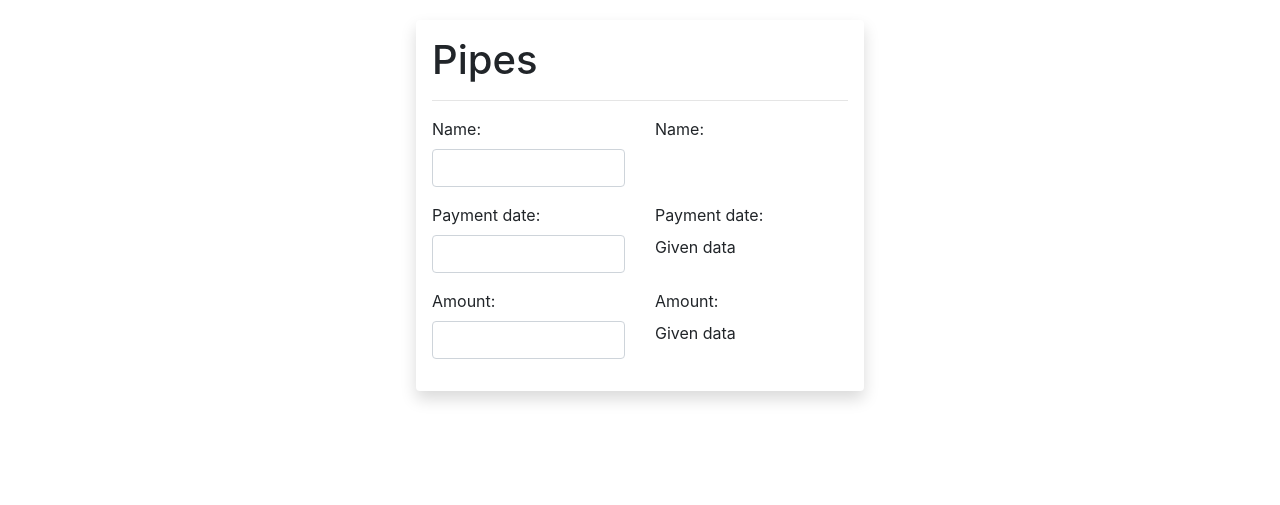
Repository: Evincars/udemy-angular
Page: / (app in pipes/)
The author's editor kept a copy of each file at every save. The page is drawn from the files as they stood at one save, then again after the next save.
The browser window is 1280 px wide. The pictures show the whole page.
The project was rebuilt for these pictures with package versions that can differ from the ones it lists, and the page was loaded fresh each time. Also part of the build but not shown: pipes/angular.json.

Above is the page before, as saved 2020-04-05 10:22:55.

After the next save:
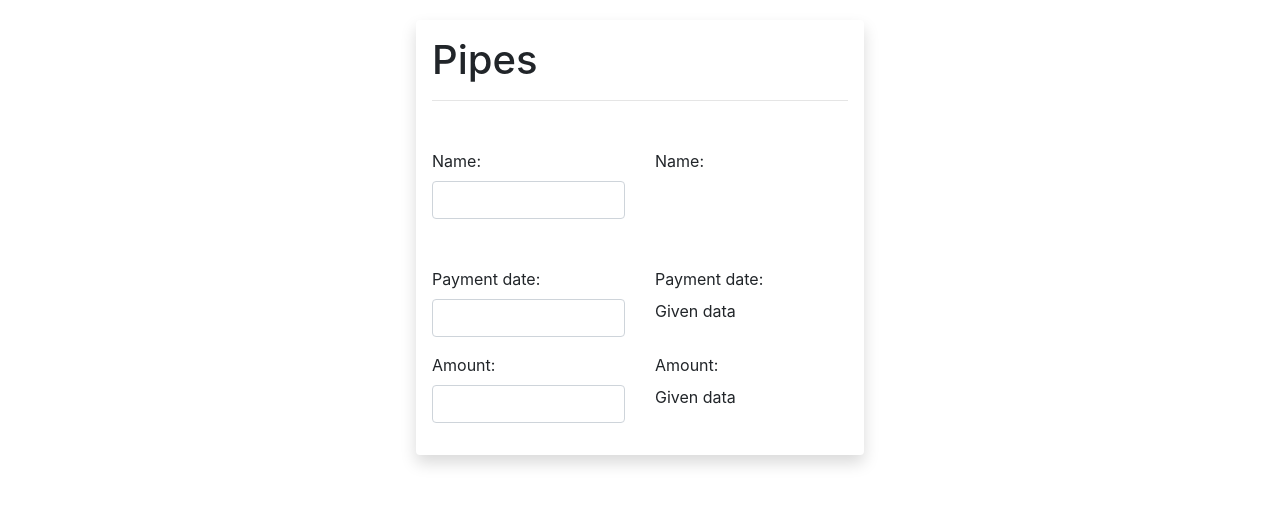
Saved 7 s later.
--- a/pipes/src/app/app.component.html
+++ b/pipes/src/app/app.component.html
@@ -1,7 +1,7 @@
 <div class="container shadow p-3 mb-5 bg-white rounded">
   <h1>Pipes</h1>
   <hr />
-  <div class="row my-3">
+  <div class="row my-5">
     <div class="col-md-6">
       <!-- <div class="form-group"> -->
         <label>Name:</label>
